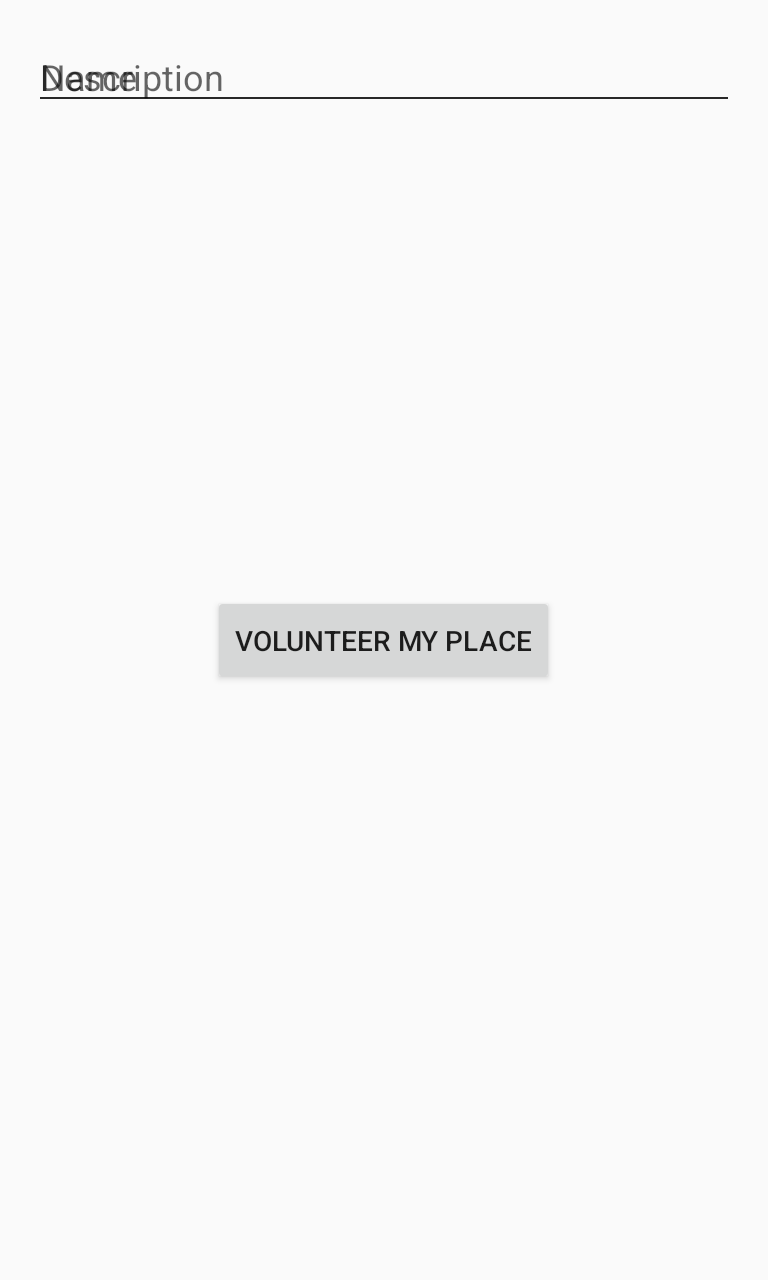
Repository: ckskylight/HackMIT-2014
Layout: HelpMe/res/layout/help_others.xml
These files come from the project's save history. The layout is drawn as it stood at one moment and after the next save; the edit follows.
It is drawn on a 768 x 1280 px phone screen (xhdpi) without system bars, with theme AppTheme; the app's code is not run.

Above is the layout before, as saved 2014-10-05 09:16:26.

### HelpMe/res/layout/help_others.xml
<RelativeLayout xmlns:android="http://schemas.android.com/apk/res/android"
    xmlns:tools="http://schemas.android.com/tools"
    android:layout_width="match_parent"
    android:layout_height="match_parent"
    android:paddingBottom="@dimen/activity_vertical_margin"
    android:paddingLeft="@dimen/activity_horizontal_margin"
    android:paddingRight="@dimen/activity_horizontal_margin"
    android:paddingTop="@dimen/activity_vertical_margin"
    tools:context="com.example.helpme.MainActivity$PlaceholderFragment" >

    <TextView
        android:id="@+id/section_label"
        android:layout_width="wrap_content"
        android:layout_height="wrap_content" />

    <EditText
        android:id="@+id/Name"
    	android:layout_width="fill_parent"
    	android:layout_height="wrap_content"
    	android:hint="@string/name_hint" />

    <EditText
        android:id="@+id/Description"
    	android:layout_width="fill_parent"
    	android:layout_height="wrap_content"
    	android:hint="@string/description_hint" />

    <Button
        android:id="@+id/volunteer"
        android:layout_width="wrap_content"
        android:layout_height="wrap_content"
        android:layout_centerHorizontal="true"
        android:layout_centerVertical="true"
        android:color="#1B5E91"
        android:text="@string/help_others" />

</RelativeLayout>

### HelpMe/res/values/strings.xml
<?xml version="1.0" encoding="utf-8"?>
<resources>

    <string name="app_name">HelpMe</string>
    <string name="title_section1">Help Me</string>
    <string name="title_section2">Help Others</string>
    <string name="hello_world">Hello world!</string>
    <string name="action_settings">Settings</string>
    <string name="help_me">Help Me</string>
	<string name="phone_hint">Phone Number</string>
	<string name="name_hint">Name</string>
	<string name="description_hint">Description</string>
	<string name="help_others">Volunteer My Place</string>
</resources>

Loaded but not shown: HelpMe/res/values/styles.xml (common file); HelpMe/res/values-v11/styles.xml (common file); HelpMe/res/values-v14/styles.xml (common file); HelpMe/res/values/dimens.xml (common file); HelpMe/res/values-w820dp/dimens.xml (common file)

After the next save:
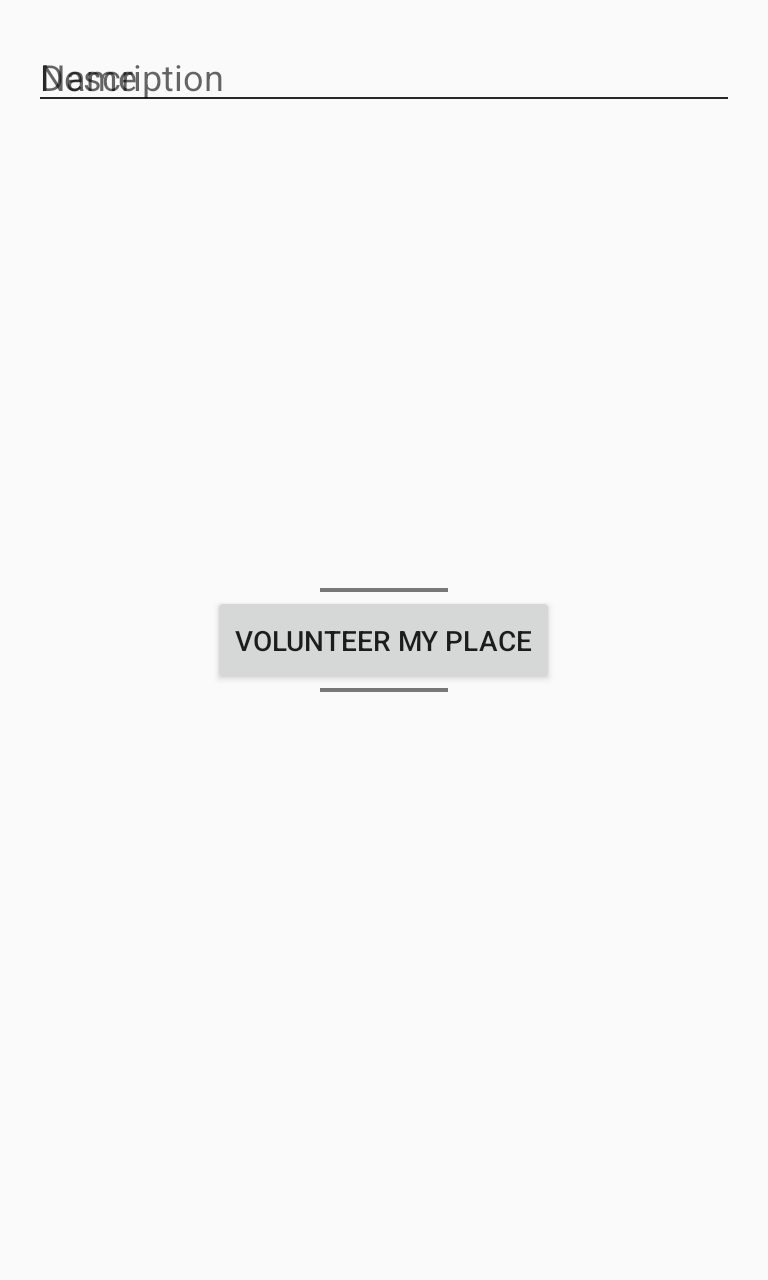
Saved 71 s later.
--- a/HelpMe/res/layout/help_others.xml
+++ b/HelpMe/res/layout/help_others.xml
@@ -25,6 +25,12 @@
     	android:layout_height="wrap_content"
     	android:hint="@string/description_hint" />
 
+    <NumberPicker
+        android:id="@+id/Capacity"
+        android:layout_width="wrap_content"
+        android:layout_height="wrap_content"
+        android:layout_centerInParent="true"  />
+
     <Button
         android:id="@+id/volunteer"
         android:layout_width="wrap_content"
